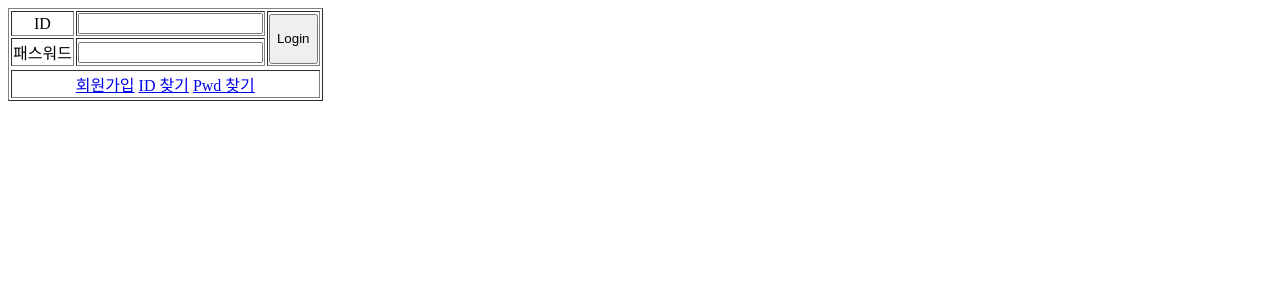
Repository: wake45/Web_Programming_Project
Page: Web_기말프로젝트_20145150_이상욱/Project/WebContent/login.html
These files come from the project's save history. The page is drawn as it stood at one moment and after the next save; the edit follows.
The browser window is 1280 px wide. The pictures show the whole page.

Above is the page before, as saved 2018-06-15 04:12:03.

After the next save:
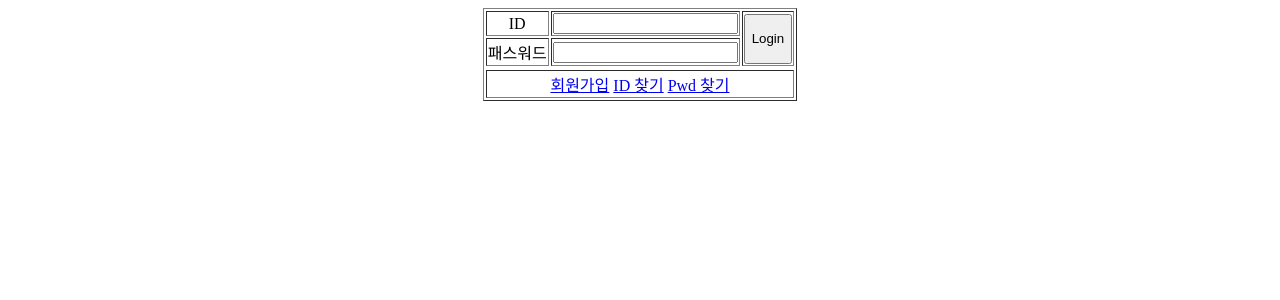
Saved 19 s later.
--- a/Web_기말프로젝트_20145150_이상욱/Project/WebContent/login.html
+++ b/Web_기말프로젝트_20145150_이상욱/Project/WebContent/login.html
@@ -6,8 +6,8 @@
 </head>
 <body>
 <form method=post action=login.jsp>
+	<center>
 	<table border=collapse>
-	<center>
 		<tr>
 			<td align="center">ID
 			<td> <input type=text name=id>
@@ -23,8 +23,8 @@
 			<a href="findId.html">ID 찾기</a>
 			<a href="findPwd.html">Pwd 찾기</a>
 		</tr>
-		</center>
 	</table>
+	</center>
 </form>
 </body>
 </html>
